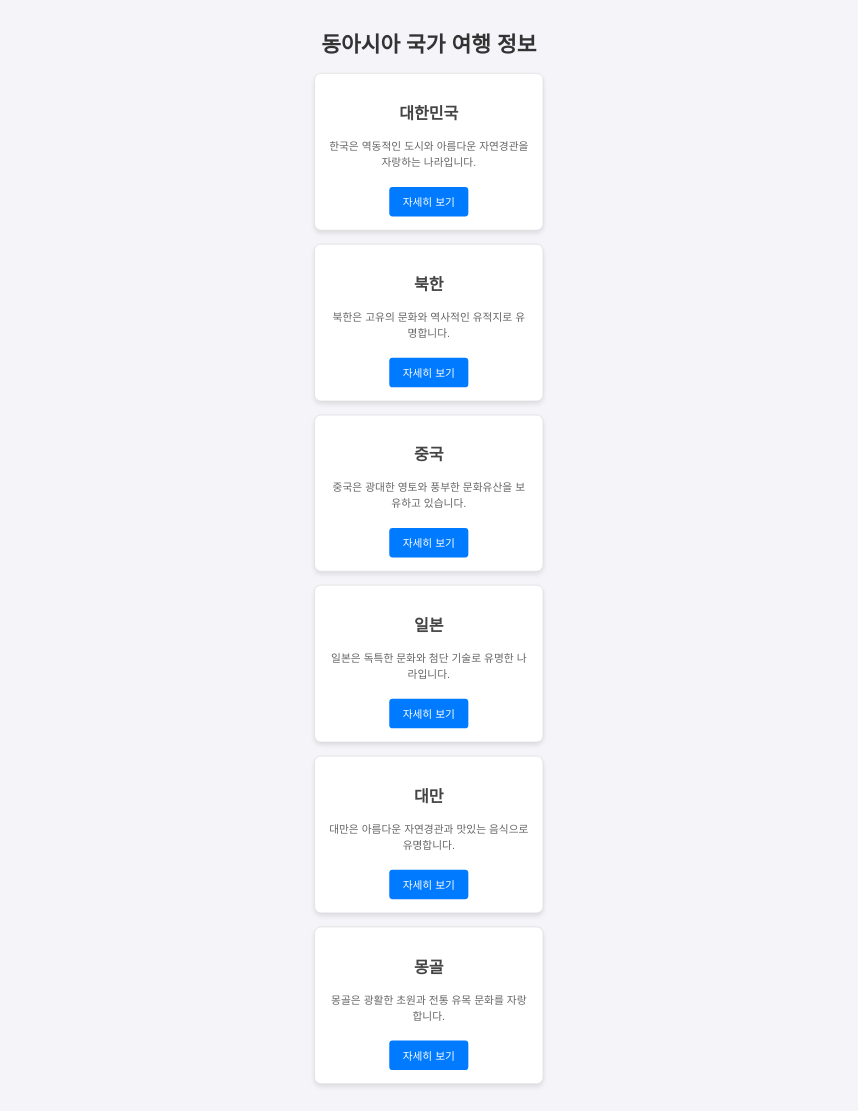
Repository: LifeIsRightward/WebServer
Page: http://localhost/JSPBook/Project/NationalInfo/nationalinfo.jsp?id=null
An editor plug-in stored every save of this project. The page is shown before and after the next save, followed by the edit.
The browser window is 1280 px wide. The pictures show the whole page, at 67% of full size.
The page is served by Tomcat 9. Other server files are loaded and not shown.

Above is the page before, as saved 2024-06-08 11:33:54.

### JSPBook/src/main/webapp/Project/NationalInfo/nationalinfo.jsp
<%@ page language="java" contentType="text/html; charset=EUC-KR"
    pageEncoding="EUC-KR"%>
<!DOCTYPE html>
<html>
<head>
<meta charset="EUC-KR">
<title>동아시아 국가 여행 정보</title>
<link rel="stylesheet" href="css/nationalinfo.css" type="text/css">

</head>
<body>
    <h1>동아시아 국가 여행 정보</h1>
    <ul class="country-list">
        <li class="country">
            <h2>대한민국</h2>
            <p>한국은 역동적인 도시와 아름다운 자연경관을 자랑하는 나라입니다.</p>
            <a href="korea.html">자세히 보기</a>
        </li>
        <li class="country">
            <h2>북한</h2>
            <p>북한은 고유의 문화와 역사적인 유적지로 유명합니다.</p>
            <a href="north_korea.html">자세히 보기</a>
        </li>
        <li class="country">
            <h2>중국</h2>
            <p>중국은 광대한 영토와 풍부한 문화유산을 보유하고 있습니다.</p>
            <a href="china.html">자세히 보기</a>
        </li>
        <li class="country">
            <h2>일본</h2>
            <p>일본은 독특한 문화와 첨단 기술로 유명한 나라입니다.</p>
            <a href="japan.html">자세히 보기</a>
        </li>
        <li class="country">
            <h2>대만</h2>
            <p>대만은 아름다운 자연경관과 맛있는 음식으로 유명합니다.</p>
            <a href="taiwan.html">자세히 보기</a>
        </li>
        <li class="country">
            <h2>몽골</h2>
            <p>몽골은 광활한 초원과 전통 유목 문화를 자랑합니다.</p>
            <a href="mongolia.html">자세히 보기</a>
        </li>
    </ul>

    <script>
        document.addEventListener('DOMContentLoaded', function() {
            const countries = document.querySelectorAll('.country');
            const observer = new IntersectionObserver(entries => {
                entries.forEach(entry => {
                    if (entry.isIntersecting) {
                        entry.target.classList.add('visible');
                        observer.unobserve(entry.target);
                    }
                });
            }, {
                threshold: 0.1
            });

            countries.forEach(country => {
                observer.observe(country);
            });
        });
    </script>
</body>
</html>

### JSPBook/src/main/webapp/Project/css/nationalinfo.css
@charset "EUC-KR";

 body {
        font-family: Arial, sans-serif;
        background-color: #f4f4f9;
        margin: 0;
        padding: 20px;
    }
    h1 {
        text-align: center;
        color: #333;
    }
    .country-list {
        margin: 0;
        padding: 0;
        list-style: none;
    }
    .country {
        background-color: #fff;
        border: 1px solid #ddd;
        border-radius: 10px;
        box-shadow: 0 4px 8px rgba(0, 0, 0, 0.1);
        width: 300px;
        padding: 20px;
        text-align: center;
        margin: 20px auto;
        opacity: 0;
        transform: translateY(20px);
        transition: opacity 0.6s, transform 0.6s;
    }
    .country.visible {
        opacity: 1;
        transform: translateY(0);
    }
    .country h2 {
        color: #444;
    }
    .country p {
        color: #666;
    }
    .country a {
        display: inline-block;
        margin-top: 10px;
        padding: 10px 20px;
        background-color: #007BFF;
        color: #fff;
        text-decoration: none;
        border-radius: 5px;
        transition: background-color 0.2s;
    }
    .country a:hover {
        background-color: #0056b3;
    }

After the next save:
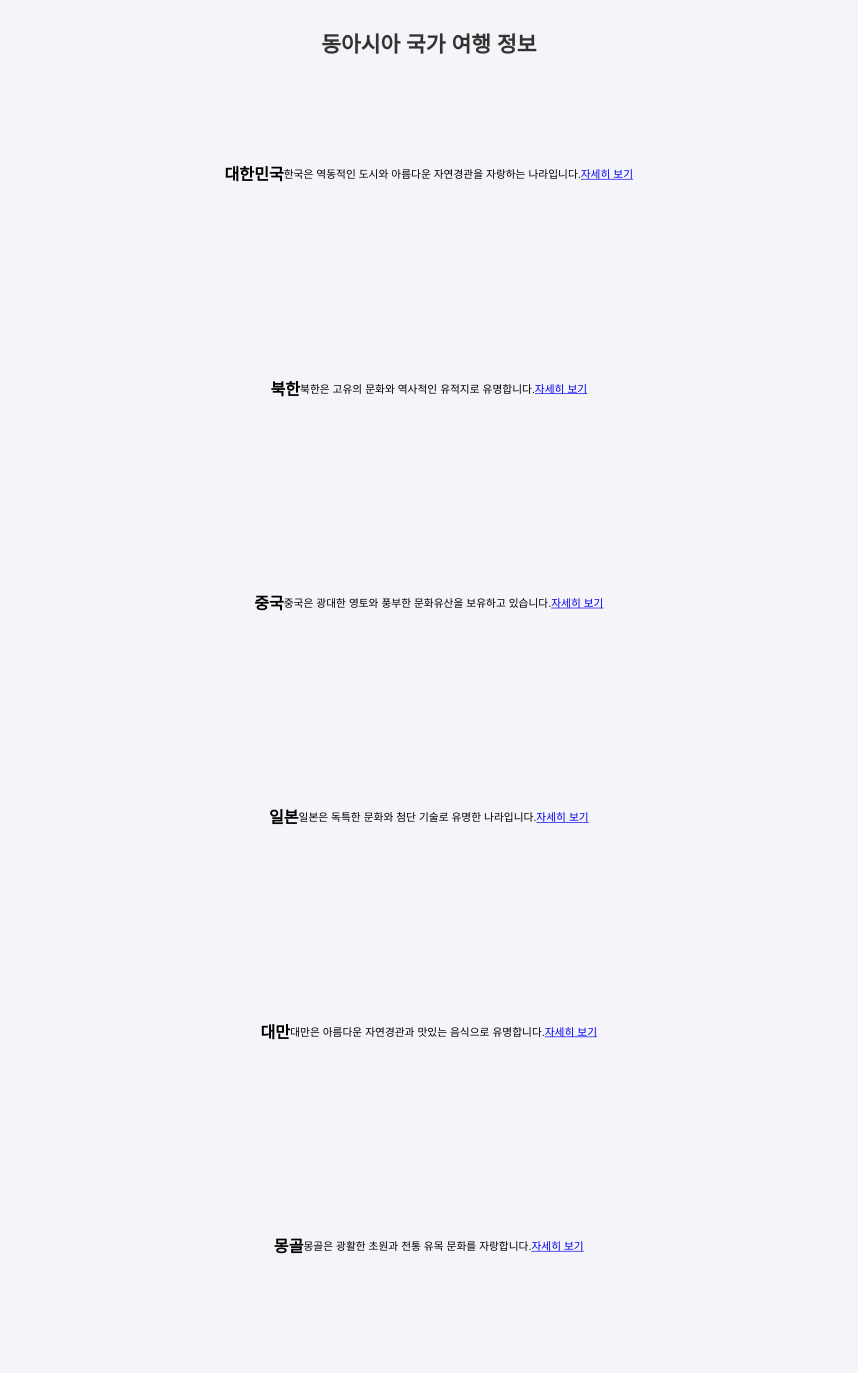
Saved 2 min 6 s later.
--- a/JSPBook/src/main/webapp/Project/css/nationalinfo.css
+++ b/JSPBook/src/main/webapp/Project/css/nationalinfo.css
@@ -1,6 +1,6 @@
 @charset "EUC-KR";
 
- body {
+    body {
         font-family: Arial, sans-serif;
         background-color: #f4f4f9;
         margin: 0;
@@ -16,14 +16,15 @@
         list-style: none;
     }
     .country {
-        background-color: #fff;
-        border: 1px solid #ddd;
-        border-radius: 10px;
-        box-shadow: 0 4px 8px rgba(0, 0, 0, 0.1);
-        width: 300px;
-        padding: 20px;
-        text-align: center;
-        margin: 20px auto;
+        position: relative;
+        background-size: cover;
+        background-position: center;
+        width: 100%;
+        height: 300px;
+        display: flex;
+        justify-content: center;
+        align-items: center;
+        margin: 20px 0;
         opacity: 0;
         transform: translateY(20px);
         transition: opacity 0.6s, transform 0.6s;
@@ -32,13 +33,28 @@
         opacity: 1;
         transform: translateY(0);
     }
-    .country h2 {
-        color: #444;
+    .overlay {
+        position: absolute;
+        top: 0;
+        left: 0;
+        right: 0;
+        bottom: 0;
+        background-color: rgba(0, 0, 0, 0.5);
+        display: flex;
+        justify-content: center;
+        align-items: center;
+        color: #fff;
+        text-align: center;
+        padding: 20px;
     }
-    .country p {
-        color: #666;
+    .overlay h2 {
+        margin: 0;
+        font-size: 2em;
     }
-    .country a {
+    .overlay p {
+        font-size: 1.2em;
+    }
+    .overlay a {
         display: inline-block;
         margin-top: 10px;
         padding: 10px 20px;
@@ -48,6 +64,6 @@
         border-radius: 5px;
         transition: background-color 0.2s;
     }
-    .country a:hover {
+    .overlay a:hover {
         background-color: #0056b3;
     }
